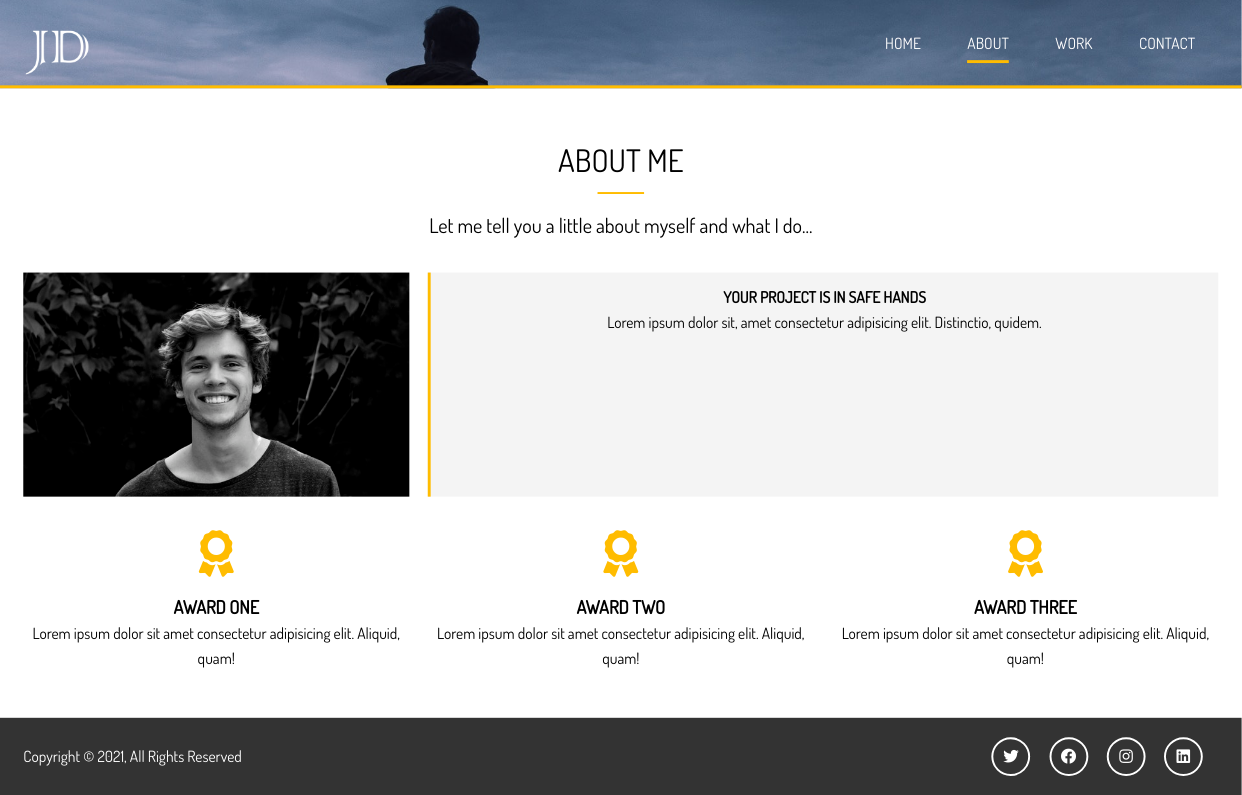
Repository: minhtien9/Portfolio_Website
Page: diet/about.html
The author's editor kept a copy of each file at every save. The page is drawn from the files as they stood at one save, then again after the next save.
The browser window is 1280 px wide. The pictures show the whole page, at 97% of full size.

Above is the page before, as saved 2021-08-29 10:52:08.

### diet/about.html
<!DOCTYPE html>
<html lang="en">
  <head>
    <meta charset="UTF-8" />
    <meta http-equiv="X-UA-Compatible" content="IE=edge" />
    <meta name="viewport" content="width=device-width, initial-scale=1.0" />
    <link
      rel="stylesheet"
      href="https://cdnjs.cloudflare.com/ajax/libs/font-awesome/5.15.4/css/all.min.css"
      integrity="sha512-1ycn6IcaQQ40/MKBW2W4Rhis/DbILU74C1vSrLJxCq57o941Ym01SwNsOMqvEBFlcgUa6xLiPY/NS5R+E6ztJQ=="
      crossorigin="anonymous"
      referrerpolicy="no-referrer"
    />
    <link
      href="https://fonts.googleapis.com/css2?family=Dosis&display=swap"
      rel="stylesheet"
    />
    <link rel="stylesheet" href="css/style.css" />
    <title>About Me || UI/UX Designer & Photographer</title>
  </head>
  <body>
    <!-- Header -->
    <header id="header-inner">
      <div class="container">
        <nav id="main-nav">
          <img src="img/logo.png" alt="My Portfolio" id="logo" />
          <ul>
            <li><a href="index.html">Home</a></li>
            <li><a href="about.html" class="current">About</a></li>
            <li><a href="work.html">Work</a></li>
            <li><a href="contact.html">Contact</a></li>
          </ul>
        </nav>
      </div>
    </header>
    <!-- Section A:Info -->
    <section id="about-a" class="text-center py-3">
      <div class="container">
        <h2 class="section-title">About Me</h2>
        <div class="bottom-line"></div>
        <p class="lead">
          Let me tell you a little about myself and what I do...
        </p>
        <div class="about-info">
          <img src="img/about.jpg" alt="" class="bio-image" />
          <div class="bio bg-light">
            <h4>Your Project Is In Safe Hands</h4>
            <p>
              Lorem ipsum dolor sit, amet consectetur adipisicing elit.
              Distinctio, quidem.
            </p>
          </div>
          <div class="award-1">
            <i class="fas fa-award fa-3x"></i>
            <h3>Award One</h3>
            <p>
              Lorem ipsum dolor sit amet consectetur adipisicing elit. Aliquid,
              quam!
            </p>
          </div>
          <div class="award-2">
            <i class="fas fa-award fa-3x"></i>
            <h3>Award Two</h3>
            <p>
              Lorem ipsum dolor sit amet consectetur adipisicing elit. Aliquid,
              quam!
            </p>
          </div>
          <div class="award-3">
            <i class="fas fa-award fa-3x"></i>
            <h3>Award Three</h3>
            <p>
              Lorem ipsum dolor sit amet consectetur adipisicing elit. Aliquid,
              quam!
            </p>
          </div>
        </div>
      </div>
    </section>

    <!-- Footer -->
    <footer id="main-footer">
      <div class="footer-content container">
        <p>Copyright &copy; 2021, All Rights Reserved</p>
        <div class="social">
          <i class="fab fa-twitter"></i>
          <i class="fab fa-facebook"></i>
          <i class="fab fa-instagram"></i>
          <i class="fab fa-linkedin"></i>
        </div>
      </div>
    </footer>

    <!-- <script src="js/typewriter.js"></script> -->
  </body>
</html>

### diet/css/style.css
.container {
  max-width: 1280px;
  padding: 0 1.5rem;
  margin: auto;
  overflow: hidden;
}

.btn-dark, .btn-light, .btn-main {
  display: inline-block;
  padding: 0.8rem 2rem;
  transition: all 0.5s;
  border: none;
  cursor: pointer;
}

.btn-main {
  color: #333;
  background-color: #ffbc00;
}
.btn-light {
  color: #333;
  background-color: #f4f4f4;
}
.btn-dark {
  color: #f4f4f4;
  background-color: #333;
}

button[class^=btn-]:hover,
a[class^=btn-]:hover,
input[class^=btn-]:hover {
  background-color: #ffbc00;
}

.bg-main {
  background: #ffbc00;
  color: #fff;
}
.bg-dark {
  background: #333;
  color: #fff;
}
.bg-light {
  background: #f4f4f4;
  color: #000;
}
.bg-medium {
  background: #ccc;
  color: #000;
}

.lead {
  font-size: 1.3rem;
  margin-bottom: 2rem;
}

.text-center {
  text-align: center;
}

.py-1 {
  padding: 1rem 0;
}
.py-2 {
  padding: 2rem 0;
}
.py-3 {
  padding: 3rem 0;
}
.py-4 {
  padding: 4rem 0;
}

.ny-1 {
  margin: 1rem 0;
}
.ny-2 {
  margin: 2rem 0;
}
.ny-3 {
  margin: 3rem 0;
}
.ny-4 {
  margin: 4rem 0;
}

.section-title {
  font-size: 2rem;
  display: block;
  padding-bottom: 0.5rem;
  text-align: center;
  font-weight: 100;
  text-transform: uppercase;
}

.bottom-line {
  height: 2px;
  width: 3rem;
  background: #ffbc00;
  display: block;
  margin: 0 auto 1rem auto;
}

.items {
  display: grid;
  grid-template-columns: repeat(3, 1fr);
  box-shadow: 0 5px 10px 0 rgba(0, 0, 0, 0.3);
}

.item {
  position: relative;
  background: #ffbc00;
  overflow: hidden;
}
.item:after {
  content: "";
  position: absolute;
  display: block;
  background: inherit;
  opacity: 0.9;
  top: 0;
  left: 0;
  width: 100%;
  height: 100%;
  transform: scale(2) translateX(-75%) translateY(-75%) rotate(-28deg);
  transition: transform 3s cubic-bezier(0.2, 1, 0.3, 1);
}
.item:hover:after {
  transform: scale(2) translateX(0) translateY(0) rotate(-28deg);
}
.item:hover .item-image {
  transform: scale(1.2);
}
.item:hover .item-text {
  opacity: 1;
  transform: translateY(0);
}
.item-image {
  height: auto;
  transform: translateZ(0);
  display: block;
  transition: transform 750ms cubic-bezier(0.2, 1, 0.3, 1);
}
.item-image:before {
  content: "";
  display: block;
  padding-top: 75%;
  overflow: hidden;
}
.item-image img {
  position: absolute;
  top: 0;
  left: 0;
  width: 100%;
  height: auto;
  line-height: 0;
}
.item-text {
  position: absolute;
  top: 0;
  left: 0;
  bottom: 0;
  right: 0;
  opacity: 0;
  text-align: center;
  z-index: 1;
  color: #fff;
  transform: translateY(-20%);
  transition: opacity 500ms cubic-bezier(0.2, 1, 0.3, 1), transform 500ms cubic-bezier(0.2, 1, 0.3, 1);
  transition-delay: 300ms;
}
.item-text-wrap {
  position: absolute;
  width: 100%;
  top: 50%;
  transform: translateY(-50%);
}
.item-text-title {
  font-size: 2rem;
  padding: 0 1rem;
  margin: 5px 0 0 0;
}
.item-text-category {
  text-transform: uppercase;
  font-size: 1.2rem;
  opacity: 0.7;
  margin: 0;
}

* {
  margin: 0;
  padding: 0;
}

body {
  font-family: "Dosis", sans-serif;
  line-height: 1.6;
  background: #fff;
}

a {
  text-decoration: none;
  color: #333;
}

ul {
  list-style: none;
}

h2,
h3,
h4 {
  text-transform: uppercase;
}

img {
  width: 100%;
}

#logo {
  width: 70px;
  height: 70px;
  color: #fff;
  text-transform: uppercase;
}

#main-nav {
  display: flex;
  justify-content: space-between;
  padding-top: 1rem;
}
#main-nav ul {
  display: flex;
}
#main-nav li {
  padding: 1rem 1.5rem;
}
#main-nav a {
  text-decoration: none;
  color: #fff;
  text-transform: uppercase;
  border-bottom: 3px transparent solid;
  padding-bottom: 0.5rem;
  transition: border-color 0.5s;
}
#main-nav a:hover {
  border-color: #ccc;
}
#main-nav a.current {
  border-color: #ffbc00;
}

#header-home {
  background: url("../img/showcase.jpg") no-repeat center right/cover;
  height: 100vh;
  color: #fff;
}
#header-home .header-content {
  text-align: center;
  padding-top: 20%;
}
#header-home .header-content h1 {
  font-size: 4rem;
  line-height: 1.2;
}
#header-inner {
  background: url("../img/showcase.jpg") no-repeat 20% 30%/cover;
  height: 5.5rem;
  border-bottom: 3px solid #ffbc00;
}

#home-a .specials {
  margin-top: 3rem;
  display: grid;
  grid-gap: 1rem;
  grid-template-columns: repeat(4, 1fr);
}
#home-a .specials .fas {
  color: #ffbc00;
  padding-bottom: 0.4rem;
}
#home-b .stats {
  display: grid;
  grid-template-columns: repeat(4, 1fr);
}
#home-b .stats li {
  line-height: 2;
}
#home-b .stats li.stats-title {
  font-size: 1.5rem;
}
#home-b .stats li.stats-number {
  font-size: 2rem;
  font-weight: bold;
}
#home-b .stats div {
  padding: 3rem 0;
}
#home-b .stats div:nth-child(odd) {
  background: #f4f4f4;
}
#home-b .stats div:nth-child(even) {
  background: #ccc;
}
#home-c .process {
  display: grid;
  grid-template-columns: repeat(4, 1fr);
  grid-gap: 1.5rem;
  text-align: center;
}
#home-c .process-step {
  position: absolute;
  top: 0;
  right: 0;
  font-size: 28px;
  background: #ffbc00;
  color: #fff;
  border-radius: 50%;
  height: 15px;
  width: 15px;
  line-height: 15px;
  padding: 1rem;
  transition: all 1s;
}
#home-c .process-icon {
  border-radius: 50%;
  background: #333;
  color: #fff;
  padding: 2rem;
  width: 70px;
  height: 70px;
  line-height: 70px;
  text-align: center;
  position: relative;
  transition: all 1s;
}
#home-c .process-icon:hover {
  background: #ffbc00;
  width: 90px;
  height: 90px;
  line-height: 90px;
}
#home-c .process-icon:hover .process-step {
  background: #333;
  color: #fff;
}

#about-a .about-info {
  display: grid;
  grid-template-areas: "bioimage bio bio" "aw1 aw2 aw3";
  grid-gap: 1.2rem;
}
#about-a .bio-image {
  grid-area: bioimage;
}
#about-a .bio {
  grid-area: bio;
  border-left: 3px solid #ffbc00;
  padding: 0.8rem;
}
#about-a .award-1 {
  grid-area: aw1;
}
#about-a .award-2 {
  grid-area: aw2;
}
#about-a .award-3 {
  grid-area: aw3;
}
#about-a .award-1 .fas,
#about-a .award-2 .fas,
#about-a .award-3 .fas {
  color: #ffbc00;
  margin: 1rem;
}
#about-b .progress {
  overflow: hidden;
  height: 20px;
  background: #ccc;
  border-radius: 5px;
  margin-bottom: 0.6rem;
}
#about-b .progress div {
  height: 100%;
  color: #fff;
  text-align: center;
  background: #ffbc00;
}
#about-c .about-logos {
  display: grid;
  grid-template-columns: repeat(4, 1fr);
  grid-gap: 2rem;
}
#about-c .about-logos img {
  width: 70%;
}
#about-d .testimonials {
  display: grid;
  grid-template-columns: repeat(4, 1fr);
  grid-gap: 0.5rem;
}
#about-d .testimonials ul {
  list-style: none;
  margin-top: 1rem;
  display: flex;
  align-items: center;
}
#about-d .testimonials p {
  border: 1px solid #ccc;
  border-radius: 5px;
  padding: 0.5rem;
}
#about-d .testimonials img {
  width: 50px;
  height: 50px;
  border-radius: 50%;
  margin-right: 0.5rem;
}

#contact-a .text-fields {
  display: grid;
  grid-template-areas: "name email" "subject phone" "message message";
  grid-gap: 1.2rem;
  margin-bottom: 1.2rem;
}
#contact-a .text-fields .name-input {
  grid-area: name;
}
#contact-a .text-fields .subject-input {
  grid-area: subject;
}
#contact-a .text-fields .email-input {
  grid-area: email;
}
#contact-a .text-fields .phone-input {
  grid-area: phone;
}
#contact-a .text-fields .message-input {
  grid-area: message;
  height: 100px;
}
#contact-a .text-fields .text-input {
  padding: 0.5rem 1rem;
}
#contact-a button[type=submit] {
  width: 50%;
}
#contact-b .contact-info {
  display: grid;
  grid-template-columns: repeat(3, 1fr);
  text-align: center;
}
#contact-c h1 {
  text-align: center;
  font-size: 4rem;
}

#main-footer {
  background: #333;
  color: #fff;
  height: 5rem;
}
#main-footer .footer-content {
  display: flex;
  justify-content: space-between;
  height: 5rem;
  align-items: center;
}
#main-footer .footer-content .social .fab {
  margin-right: 1rem;
  border: 2px solid #fff;
  border-radius: 50%;
  height: 20px;
  width: 20px;
  line-height: 20px;
  text-align: center;
  padding: 0.5rem;
}
#main-footer .footer-content .social .fab:hover {
  background: #ffbc00;
  cursor: pointer;
}

@media (max-width: 800px) {
  #header-home {
    height: 30rem;
  }
  #header-home .header-content {
    padding-top: 5rem;
  }
}
@media (max-width: 500px) {
  #main-nav {
    flex-direction: column;
    align-items: center;
  }
  #main-nav li {
    padding: 1rem;
  }

  #header-home {
    height: 10rem;
    border-bottom: 3px solid #ffbc00;
    background-position: 20% 30%;
  }
  #header-home .header-content {
    display: none;
  }
  #header-inner {
    height: 10rem;
  }

  #home-a .specials,
#home-b .stats,
#home-c .process,
#about-d .testimonials,
#contact-b .contact-info,
.items {
    grid-template-columns: 1fr;
  }

  #home-a .specials div {
    border-bottom: 1px #f4f4f4 solid;
    padding-bottom: 1rem;
  }
  #home-a .specials div:last-child {
    border: none;
    padding-bottom: 0;
  }
  #home-b .stats div {
    padding: 2rem 0 1rem 0;
  }

  #about-a .about-info {
    grid-template-areas: "bioimage" "bio" "aw1" "aw2" "aw3";
  }
  #about-c {
    display: none;
  }

  #contact-a .text-fields {
    grid-template-areas: "name" "subject" "email" "phone" "message";
  }
  #contact-b div {
    margin-bottom: 1rem;
    padding-bottom: 1rem;
    border-bottom: 1px solid #555;
  }
  #contact-b div:last-child {
    border: none;
    margin-bottom: 0;
    padding-bottom: 0;
  }
  #contact-c h1 {
    font-size: 2rem;
  }

  #main-footer {
    height: 7rem;
  }
  #main-footer .footer-content {
    flex-direction: column;
    padding: 1rem;
    height: 5rem;
  }
}
@media (max-height: 580px) {
  #header-home .header-content {
    padding-top: 3rem;
  }
}
@media (max-height: 330px) {
  #header-home .header-content h1 {
    font-size: 2rem;
  }
}

/*# sourceMappingURL=style.css.map */

After the next save:
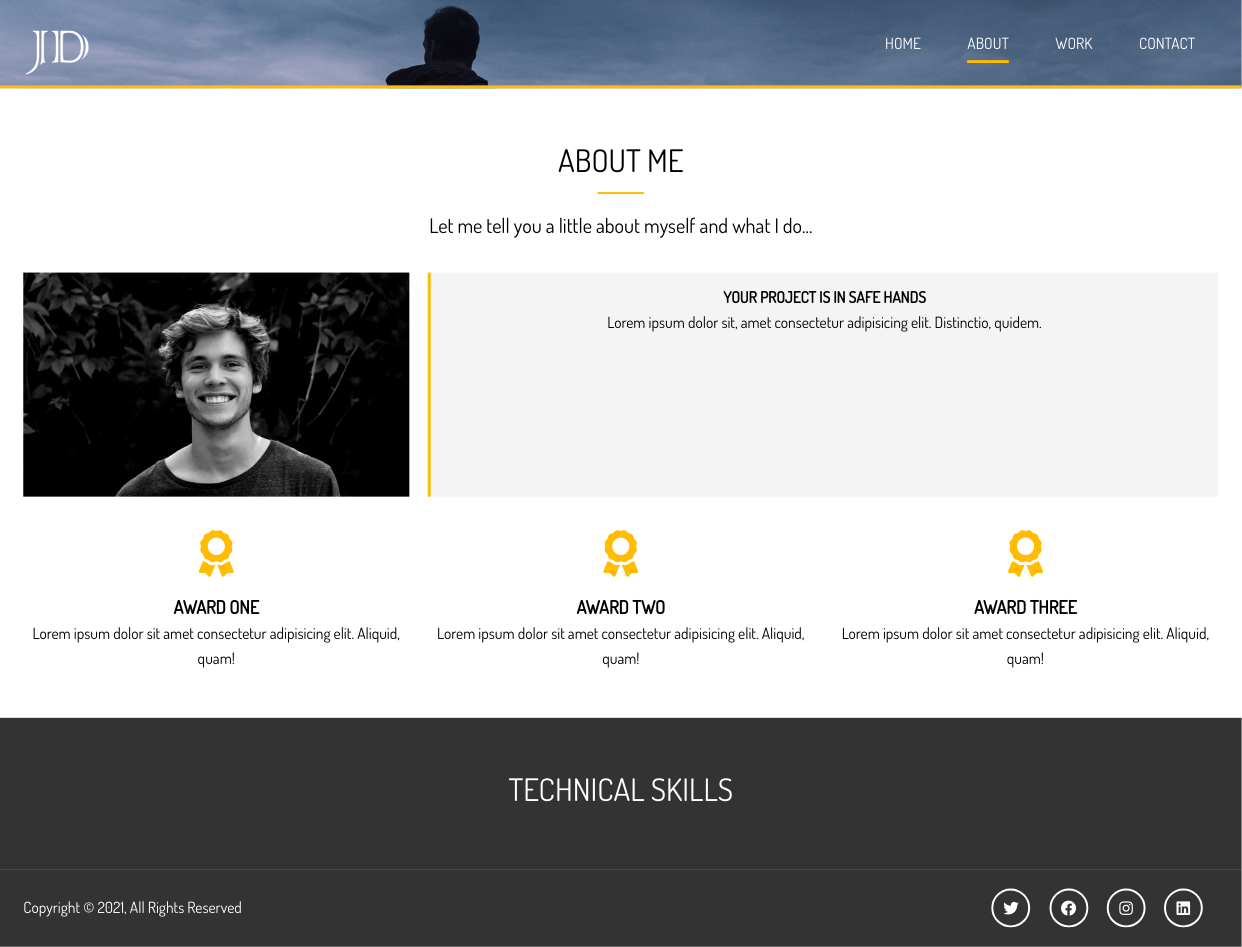
Saved 60 min 1 s later.
--- a/diet/about.html
+++ b/diet/about.html
@@ -78,6 +78,13 @@
       </div>
     </section>
 
+    <!-- Section B: Progress Bars -->
+    <section id="about-b" class="bg-dark py-3">
+      <div class="container">
+        <h2 class="section-title">Technical Skills</h2>
+      </div>
+    </section>
+
     <!-- Footer -->
     <footer id="main-footer">
       <div class="footer-content container">
